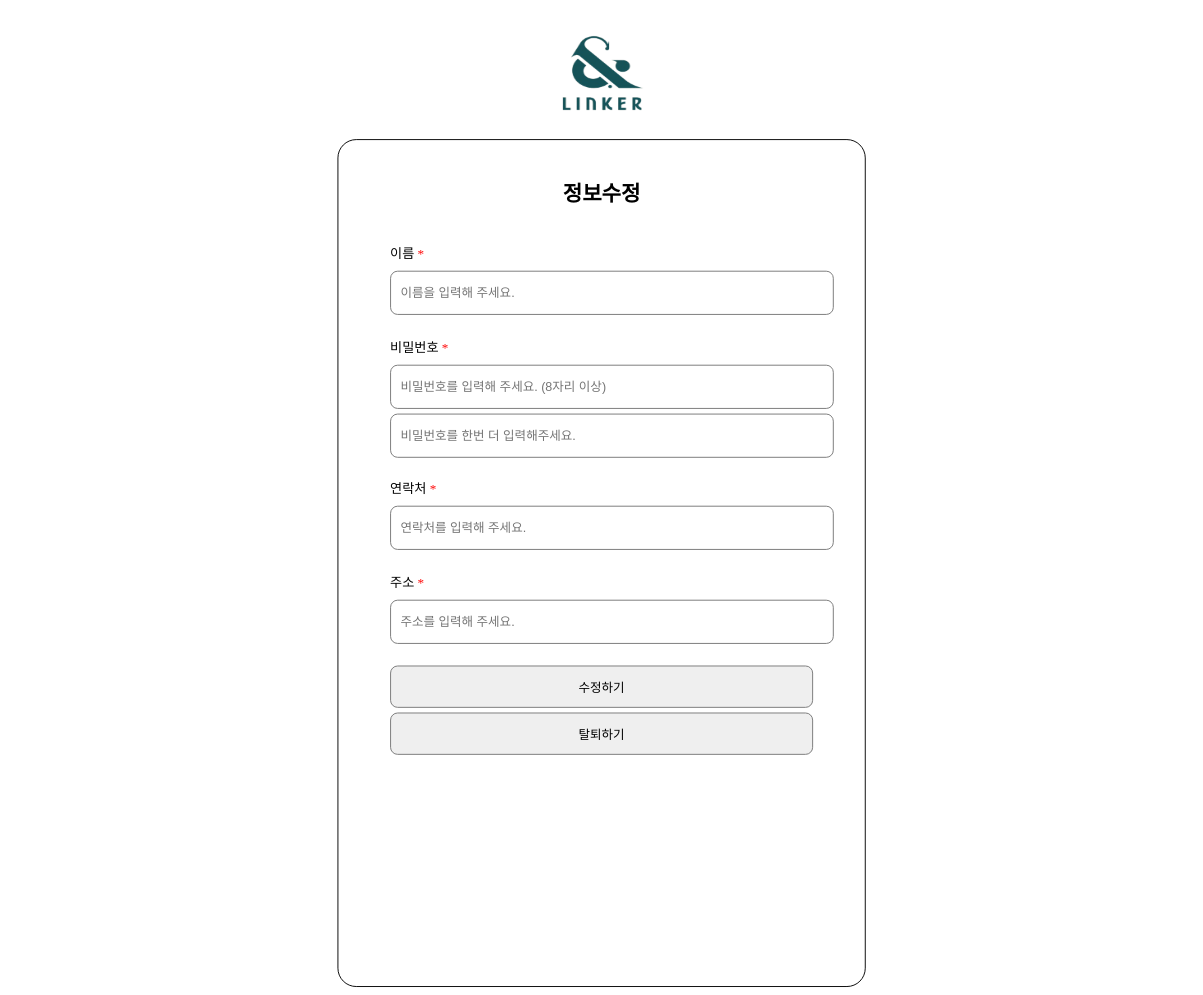
Repository: soomseting/let_me_go
Page: http://localhost/LINKER_re/jsp/main/user_update.jsp
These files come from the project's save history. The page is drawn as it stood at one moment and after the next save; the edit follows.
The browser window is 1280 px wide. The pictures show the whole page, at 94% of full size.
The pointer rests on the first visible `#delete`.
The page is served by Tomcat 9. Other server files are loaded and not shown.

Above is the page before, as saved 2025-03-24 08:21:19.
Console error: TypeError: Cannot set properties of null (setting 'onclick')

### LINKER_re/src/main/webapp/jsp/main/user_update.jsp
<%@ page language="java" contentType="text/html; charset=UTF-8" pageEncoding="UTF-8"%>
<!DOCTYPE html>
<html lang="en">

<head>
    <meta charset="UTF-8">
    <meta name="viewport" content="width=device-width, initial-scale=1.0">
    <title>정보수정</title>
    <link rel="stylesheet" href="../../css/sign_up.css">
    <script src="https://ajax.googleapis.com/ajax/libs/jquery/3.3.1/jquery.min.js"></script>
    <script src="../../js/jquery-3.7.1.js"></script>
    <script src="../../js/script.js"></script>
</head>

<body>
    <section>
        <div class="sign_up_logo">
            <img src="../../img/logo.png" alt="logo">
        </div>
        <div class="sign_up_content">
            <div class="su_title">
                <h1>정보수정</h1>
            </div>
            <form action="/LINKER/modifyOrDelete.users" method="post" name="action_form">
                <div class="su_con_wrap">
                    <div class="su_con_box">
                        <div class="su_ct">이름<span> *</span></div>
                        <div class="su_input"><input type="text" name="user_name" placeholder="이름을 입력해 주세요." required></div>
                    </div>
                    <div class="su_con_box">
                        <div class="su_ct">비밀번호<span> *</span></div>
                        <div class="su_input"><input type="password" name="password" placeholder="비밀번호를 입력해 주세요. (8자리 이상)" required></div>
                        <div class="su_input"><input type="password" name="password_confirm" placeholder="비밀번호를 한번 더 입력해주세요." required></div>
                    </div>
                    <div class="su_con_box su_con_one">
                        <div class="su_ct">연락처<span> *</span></div>
                        <div class="su_input"><input type="text" name="phone" placeholder="연락처를 입력해 주세요." required></div>
                    </div>
                    <div class="su_con_box su_con_thr">
                        <div class="su_ct">주소<span> *</span></div>
                        <div class="su_input"><input type="text" name="user_address" placeholder="주소를 입력해 주세요." required></div>
                    </div>
                    <div class="su_con_box su_con_for">
                        <!-- 수정하기 버튼 -->
                        <div class="su_input sui1"><button type="button" id="update" onclick="some()" >수정하기</button></div>
                        <!-- 탈퇴하기 버튼 -->
                        <div class="su_input sui2"><button type="button" id="delete" onclick="some()" >탈퇴하기</button></div>
                    </div>
                    <!-- button변경 후 js로 action 각각 설정 controller에서 각각 설정 -->
                </div>
            </form>
        </div>
    </section>
    <script type="text/javascript">
	function some(){
		if(event.target.id==="update"){
			document.action_form.action="/LINKER/modify.users";
		}else if(event.target.id==="delete"){
			document.action_form.action="/LINKER/delete.users";
		}

		document.action_form.submit();

	}
</script>
</body>


</html>

### LINKER_re/src/main/webapp/css/sign_up.css
/*sign_up*/
.sign_up_logo{width: 250px;height: 140px;margin: 0 auto;}
.sign_up_logo img{width: 250px;height: 140px;}

.sign_up_content{width: 560px;height: 900px;border: 1px solid black; margin: 0 auto; border-radius: 20px;}

.su_title{font-weight: bold;font-family: Arial, Helvetica, sans-serif; padding: 20px 50px;text-align: center; font-size: 15px;}

.su_con_wrap{width: 560px;height: 800px;}
.su_con_box{width: 450px;height: 100px;margin: 0 auto;}
.su_ct{font-size: 14px; margin-bottom: 10px;}
.su_ct span{color: red;}
.su_input input{width: 450px;height: 45px; border-radius: 8px; border: 1px solid #777;margin-bottom: 5px;}
.su_input input[placeholder]{padding: 0 10px;}
.su_con_one{margin-top: 50px;}
/* .su_con_for{margin-top: 15px;} */
.su_con_for input{width: 475px;height: 50px; margin-top: 10px; background: #165358; color: #fff;font-size: 15px;transition: 0.3s;border: none;}
.su_con_for>.sui1:hover input{background: #518682; transition: 0.3s;border: none;cursor: pointer;}
.su_con_for>.sui2:hover input{background: #518682; transition: 0.3s;border: none;cursor: pointer;}

#sign_up_agree{font-size: 10px;margin-bottom: 10px;color: rgb(154, 155, 167);}

.su_flex{display: flex; align-items: center;}
.su_flex input{width: 20px;height: 20px;}

#update{width: 450px;height: 45px; border-radius: 8px; border: 1px solid #777;margin-bottom: 5px;}
#delete{width: 450px;height: 45px; border-radius: 8px; border: 1px solid #777;margin-bottom: 5px;}

.su_con_for input{width: 475px;height: 50px; margin-top: 10px; background: #165358; color: #fff;font-size: 15px;transition: 0.3s;border: none;}
.su_con_for>.sui1:hover input{background: #518682; transition: 0.3s;border: none;cursor: pointer;}
#update:hover {background: #518682; transition: 0.3s;border: none;cursor: pointer;}

### LINKER_re/src/main/webapp/js/script.js
$(document).ready(function () {

        //main_img_slide
        var img= $("#slide div");
        var cnt=0;
        var max=img.length-1;
        setInterval(next ,3000);

        function next(){
            if(img.is(":animated")) return false;
            $(img[cnt]).animate({"left":"-100%"}).siblings().css({"left":"100%"});
            cnt++;
            if(cnt>max) cnt=0;
            $(img[cnt]).animate({"left":0});
            }

        //sign_in_popup
        function open(){
            $('#pop').css({"display":"block"});

            $('#semi_wrap').css({"position":"sticky"});
            $('section').css({"margin-top":"0"});
        }
        $(".sign_in").on("click",open);
        function close(){
            $('#pop').css({"display":"none"});
            $('#semi_wrap').css({"position":"fixed"});
            $('section').css({"margin-top":"101px"});
        }
        $("#close").on("click",close);

        $('input[type="checkbox"][name="user_category"]').click(function(){

            if($(this).prop('checked')){
               $('input[type="checkbox"][name="user_category"]').prop('checked',false);
               $(this).prop('checked',true);
              }
        });

        /*product_detail*/
        var detail_main = document.querySelector(".detail_main img");
        var detail_sub = document.querySelector(".detail_sub");

        // var ping = document.querySelectorAll(".de_sub img");

        detail_sub.onclick = function(e){
            // console.log(event.target);
            if(e.target.getName == "DIV"){
                return;
            }
            detail_main.src = e.target.src;
        }
        // ping.onclick = function(){
        //     if(ping.classList.contains("pr_ping")){
        //         ping.style.width = "50px";
        //         ping.style.height = "50px";
        //         ping.style.border = "5px solid black";
        //     }else{
        //         ping.style.width = "50px";
        //         ping.style.height = "50px";
        //         ping.style.border = "none";
        //     }
        //     ping.classList.toggle("pr_ping");
        // }
});

Loaded but not shown: LINKER_re/src/main/webapp/js/jquery-3.7.1.js (library)

After the next save:
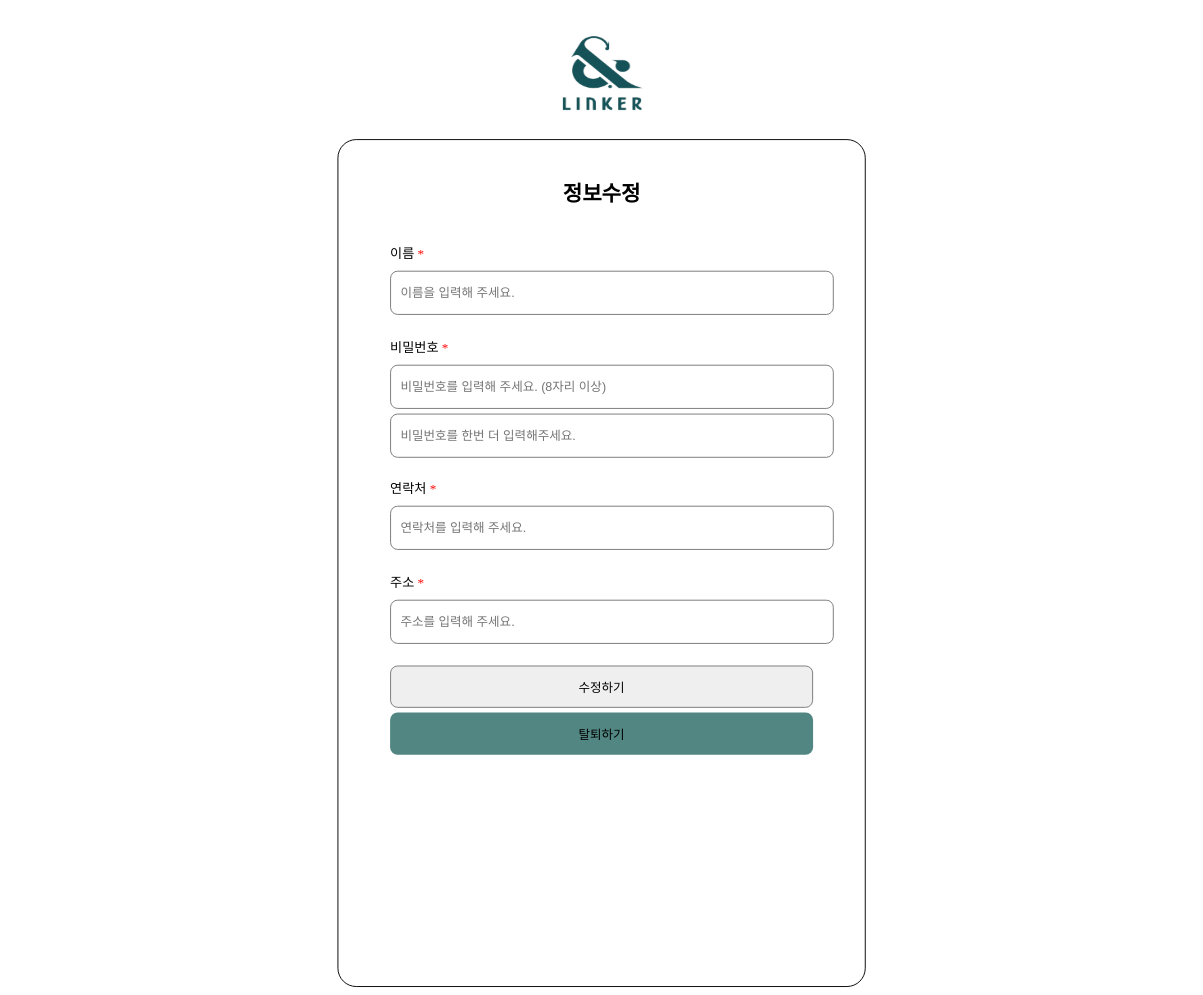
Saved 8 s later.
--- a/LINKER_re/src/main/webapp/css/sign_up.css
+++ b/LINKER_re/src/main/webapp/css/sign_up.css
@@ -29,3 +29,4 @@
 .su_con_for input{width: 475px;height: 50px; margin-top: 10px; background: #165358; color: #fff;font-size: 15px;transition: 0.3s;border: none;}
 .su_con_for>.sui1:hover input{background: #518682; transition: 0.3s;border: none;cursor: pointer;}
 #update:hover {background: #518682; transition: 0.3s;border: none;cursor: pointer;}
+#delete:hover {background: #518682; transition: 0.3s;border: none;cursor: pointer;}
